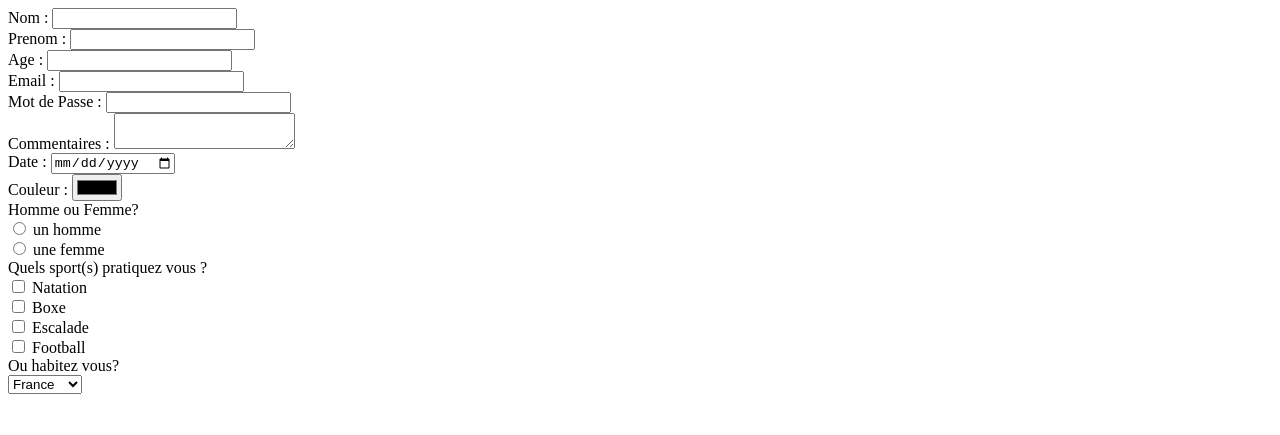
Repository: serviceshuios/Git-Aix-Web
Page: formulaire/WebContent/index.html
An editor plug-in stored every save of this project. The page is shown before and after the next save, followed by the edit.
The browser window is 1280 px wide. The pictures show the whole page.

Above is the page before, as saved 2018-10-25 08:28:39.

### formulaire/WebContent/index.html
<!DOCTYPE html>
<html>
	<head>
		<meta charset="utf-8"/>
		<title>FORMULAIRE</title>
		<link rel="stylesheet" href="css/style.css"/>

	</head>
	<body>
		<form method="get" action="destination-vers-backend">
			<label for="nom">Nom :</label>
			<input type="text" name="nom" id="nom"/><br/>
			<label for="prenom">Prenom :</label>
			<input type="text" name="prenom" id="prenom"/><br/>
			<label for="age">Age :</label>
			<input type="number" name="age" id="age"/><br/>
			<label for="mail">Email :</label>
			<input type="email" name="mail" id="mail"/><br/>
			<label for="mdp">Mot de Passe :</label>
			<input type="password" name="mdp" id="mdp"/><br/>
			<label for="commentaires">Commentaires :</label>
			<textarea name="commentaires" id="commentaires"></textarea><br/>
			<label for="ladate">Date :</label>
			<input type="date" name="ladate" id="ladate"/><br/>
			<label for="couleur">Couleur :</label>
			<input type="color" name="couleur" id="couleur"/><br/>
			Homme ou Femme?<br/>
			<input type="radio" name="sexe" value="homme" id="homme"/>
			<label for="homme">un homme</label><br/>
			<input type="radio" name="sexe" value="femme" id="femme"/>
			<label for="femme">une femme</label><br/>
			Quels sport(s) pratiquez vous ? <br/>
			<input type="checkbox" name="sport" value="natation" id="natation"/>
			<label for="natation">Natation</label><br/>
			<input type="checkbox" name="sport" value="boxe" id="boxe"/>
			<label for="boxe">Boxe</label><br/>
			<input type="checkbox" name="sport" value="escalade" id="escalade"/>
			<label for="escalade">Escalade</label><br/>
			<input type="checkbox" name="sport" value="football" id="football"/>
			<label for="football">Football</label><br/>
			Ou habitez vous?<br/>
			<select name="pays">
				<option value="france">France</option>
				<option value="belgique">Belgique</option>
				<option value="canada">Canada</option>
				<option value="maroc">Maroc</option>
				<option value="togo">Togo</option>
			</select>
		</form>
		<script src="js/script.js"></script>
	</body>
</html>

Loaded but not shown: formulaire/WebContent/css/style.css (common file); formulaire/WebContent/js/script.js (no stored copy; drawn as an empty file)

After the next save:
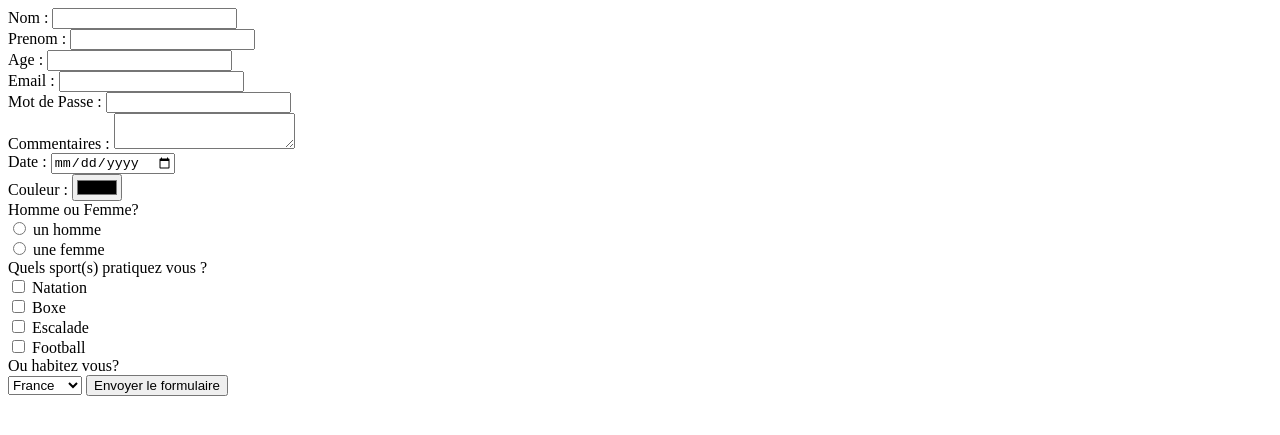
Saved 2 min 41 s later.
--- a/formulaire/WebContent/index.html
+++ b/formulaire/WebContent/index.html
@@ -46,6 +46,7 @@
 				<option value="maroc">Maroc</option>
 				<option value="togo">Togo</option>
 			</select>
+			<input type="submit" value="Envoyer le formulaire"/>
 		</form>
 		<script src="js/script.js"></script>
 	</body>
